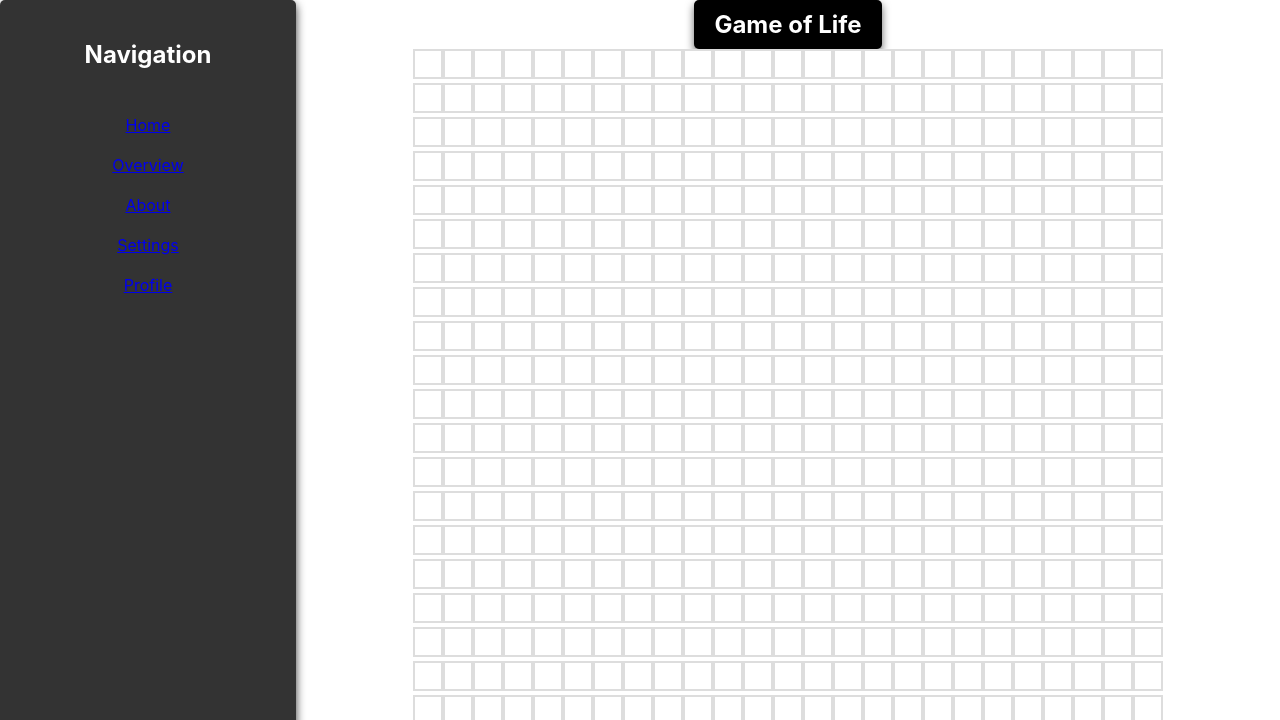
Repository: MarioDiekmann/GameOfLife
Page: /
These files come from the project's save history. The page is drawn as it stood at one moment and after the next save; the edit follows.
The browser window is 1280 px wide. The pictures show the whole page.
An inner scrolling area shows only its first screen. The project was rebuilt for these pictures with package versions that can differ from the ones it lists, and the page was loaded fresh each time. Also part of the build but not shown: src/components/InputForm.js, src/components/LoadPatternForm.js, src/components/RegistrationForm.js, src/components/LoginForm.js, src/pages/Overview.js.

Above is the page before, as saved 2024-11-06 23:04:12.

### src/App.js
import React from 'react';
import { BrowserRouter as Router, Route, Routes } from 'react-router-dom';
import Game from './components/Game';
import Overview from './pages/Overview';
import './App.css';
import {AuthProvider} from './AuthContext';


function App() {
  return (
    <AuthProvider>
    <Router>
      <div className="App">
        <Routes>
          <Route path="/" element={<Game/>} />
          <Route path="/Overview" element={<Overview/>} />
        </Routes>
      </div>
    </Router>
    </AuthProvider>
  );
}

export default App;

### src/components/Game.js
import React, { useState, useEffect, useCallback, useRef, useContext } from "react";
import Cell from "./Cell";
import axios from "axios";
import InputForm from "./InputForm";
import './Game.css';
import NavBar from "./NavBar";
import LoadPatternForm from "./LoadPatternForm";
import RegistrationForm from "./RegistrationForm";
import LoginForm from "./LoginForm";
import { AuthContext } from '../AuthContext';

const Game = () => {
    const startingsize = 25;
    const [size, setSize] = useState(startingsize);
    const [epochs, setEpochs] = useState(0);
    const [isEvolving, setIsEvolving] = useState(false);
    const [initialPattern, setInitialPattern] = useState([]);
    const [numResizes, setNumResizes] = useState(0);


    const [isFormVisible, setIsFormVisible] = useState(false); // State to control form visibility
    const [patternRequested, setPatternRequested] = useState(false);
    const [registrationRequested, setRegistrationRequested] = useState(false);
    const [loginRequested, setLoginRequested] = useState(false);
    const initGrid = () => Array.from({ length: size }, () => Array(size).fill(false));
    const [grid, setGrid] = useState(initGrid());
    const [tokenPresent, setTokenPresent] = useState(false);

    const previousGridRef = useRef(grid); // Reference to hold the previous grid

    const { isTokenExpired, handleLogout, token } = useContext(AuthContext);

    useEffect(() => {
        if (isTokenExpired || !token) {
            setTokenPresent(false);
            if (isTokenExpired) {
                alert("Your session has expired. Please log in again.");
                handleLogout();
            }
        } else {
            setTokenPresent(true);
        }
    }, [isTokenExpired, token, handleLogout]);

    const toggleCellState = (row, col) => {
        setGrid(prevGrid => {
            const newGrid = prevGrid.map((r, i) =>
                r.map((cell, j) => (i === row && j === col ? !cell : cell))
            );
            return newGrid;
        });
    };

    const resetGrid = () => {
        setIsEvolving(false);
        setEpochs(0);
        setSize(prevSize => {
            const newGrid = Array.from({ length: startingsize }, () => Array(startingsize).fill(false));
            setGrid(newGrid);
            setInitialPattern(newGrid);
            setNumResizes(0);
            return startingsize;
        });
    };

    const renderGrid = () => {
        return grid.map((row, rowIndex) => (
            <div key={rowIndex} className="row">
                {row.map((cell, colIndex) => (
                    <Cell
                        key={`${rowIndex}-${colIndex}`}
                        isAlive={cell}
                        onClick={() => toggleCellState(rowIndex, colIndex)}
                        numResizes = {numResizes}
                    />
                ))}
            </div>
        ));
    };

    const countNeighboursAlive = useCallback((row, col) => {
        let count = 0;
        for (let i = row - 1; i <= row + 1; i++) {
            for (let j = col - 1; j <= col + 1; j++) {
                if ((i >= 0 && i < size) && (j >= 0 && j < size) && !(i === row && j === col)) {
                    count += grid[i][j] ? 1 : 0;
                }
            }
        }
        return count;
    }, [grid, size]);

    const updateGrid = useCallback(() => {
        let newGrid = grid.map((row, rowIndex) =>
            row.map((cell, colIndex) => {
                const gridCount = countNeighboursAlive(rowIndex, colIndex);
                return cell ? gridCount === 2 || gridCount === 3 : gridCount === 3;
            })
        );
        setGrid(newGrid);
        return newGrid;
    }, [countNeighboursAlive, grid]);

    const saveInitialPattern = () => {
        const deepCopy = grid.map(row => row.slice());
        setInitialPattern(deepCopy); // Save current grid as the initial pattern
    };

    const checkEdges = useCallback(() => {
        const indicesAlive = [];
        // Check upper, right, lower, and left edges
        for (let col = 0; col < size - 2; col++) {
            if (grid[0][col] && grid[0][col + 1] && grid[0][col + 2]) {
                indicesAlive.push([0, col + 1]);
                indicesAlive.push([-1, col + 1]);
            }
        }
        for (let row = 0; row < size - 2; row++) {
            if (grid[row][size - 1] && grid[row + 1][size - 1] && grid[row + 2][size - 1]) {
                indicesAlive.push([row + 1, size - 1]);
                indicesAlive.push([row + 1, size]);
            }
        }
        for (let col = size - 1; col > 1; col--) {
            if (grid[size - 1][col] && grid[size - 1][col - 1] && grid[size - 1][col - 2]) {
                indicesAlive.push([size - 1, col - 1]);
                indicesAlive.push([size, col - 1]);
            }
        }
        for (let row = size - 1; row > 1; row--) {
            if (grid[row][0] && grid[row - 1][0] && grid[row - 2][0]) {
                indicesAlive.push([row - 1, 0]);
                indicesAlive.push([row - 1, -1]);
            }
        }
        return indicesAlive;
    }, [grid, size]);

    const expandGrid = useCallback((indicesAlive) => {
        setGrid(prevGrid => {
            const newSize = 2 * size; // Double the size
            setNumResizes(prev => prev + 1);
            const newGrid = Array.from({ length: newSize }, () => Array(newSize).fill(false));

            // Calculate the offset to center the old grid in the new one
            const rowOffset = Math.floor((newSize - size) / 2);
            const colOffset = Math.floor((newSize - size) / 2);

            // Copy the existing grid to the center of the new grid
            for (let row = 0; row < size; row++) {
                for (let col = 0; col < size; col++) {
                    if (prevGrid[row][col]) {
                        newGrid[row + rowOffset][col + colOffset] = true; // Copy with offsets
                    }
                }
            }

            // Handle indicesAlive and place the alive cells correctly
            for (const [row, col] of indicesAlive) {
                let newRow = row;
                let newCol = col;

                // Adjust row and col if they are outside the original grid
                if (row === -1) newRow = rowOffset - 1;
                if (col === -1) newCol = colOffset - 1;

                newRow += rowOffset;
                newCol += colOffset;

                // Make sure the calculated newRow and newCol are within bounds
                if (newRow >= 0 && newRow < newSize && newCol >= 0 && newCol < newSize) {
                    newGrid[newRow][newCol] = true;  // Mark the cell as alive in the new grid
                }
            }

            setSize(newSize);  // Update size to the new expanded size
            return newGrid;
        });
    }, [size]);

    const runEpoch = useCallback(() => {
        const prevGrid = previousGridRef.current;
        const newGrid = updateGrid();

        const gridsAreEqual = prevGrid.every((row, i) =>
            row.every((cell, j) => cell === newGrid[i][j])
        );

        if (gridsAreEqual) {
            setIsEvolving(false);
            alert("You reached a stillstand");
            return true;
        }

        const indicesAlive = checkEdges(); // Check if we need to expand the grid
        if (indicesAlive.length !== 0) {
            expandGrid(indicesAlive);
        }

        setEpochs(prevEpochs => prevEpochs + 1);
        previousGridRef.current = newGrid;
        return false;
    }, [checkEdges, expandGrid, updateGrid]);

    useEffect(() => {
        if (!isEvolving) return;

        const maxEpochs = 1000;
        let updatedEpochs = 0;

        const interval = setInterval(() => {
            if (updatedEpochs < maxEpochs) {
                const stillstand = runEpoch();
                if (stillstand) {
                    clearInterval(interval);
                }
                updatedEpochs++;
            } else {
                setIsEvolving(false);
                clearInterval(interval);
            }
        }, 2000);

        return () => clearInterval(interval);
    }, [isEvolving, runEpoch]);

    const startEvolution = () => {
        previousGridRef.current = grid;
        saveInitialPattern();
        setIsEvolving(!isEvolving);

    };

    const stopEvolution = () => {
        previousGridRef.current = grid;
        setIsEvolving(!isEvolving);
    };

    const retrievePattern = (pattern)=>{
        initGrid();
        setGrid(pattern);
        setInitialPattern(pattern);
        setEpochs(0);
        setIsEvolving(false);
        setPatternRequested(false);
    }

    const closeForm = () => {
        setIsFormVisible(false); // Close the save pattern form
        setPatternRequested(false); // Close the retrieve pattern form
        setRegistrationRequested(false); // Close the registration form
        setLoginRequested(false); // Close the login form
    };

    const closeLogin = () => {
        setLoginRequested(false); // Close the login form
        window.location.reload();
    };

    const makeFormVisible = () => {
        saveInitialPattern();                                       //now does it work wiout start evolution???
        setIsFormVisible(true); // Show the form to save pattern
    };

    const makeRequestVisible = () => {
        setPatternRequested(true); // Show the form to retrieve pattern
    };

    const makeRegistrationVisible = () => {
        setRegistrationRequested(true); // Show the form to register
    };

    const makeLoginVisible = () => {
        if(token){
            handleLogout();
        }
        else{
        setLoginRequested(true)}; // Show the form to log in

    };

    return (
        <div style={{ display: 'flex', height: '100vh', overflow: 'hidden' }}>
            <NavBar />
            <div style={{ flexGrow: 1, display: 'flex', flexDirection: 'column', alignItems: 'center', overflowY: 'auto' }}>
                <div className="banner">
                    <h1>Game of Life</h1>
                </div>
                <div style={{ display: 'flex', flexDirection: 'column', alignItems: 'center', flexGrow: 1 }}>
                    {renderGrid()}
                    <div className="button-container">
                        <button className="button" onClick={isEvolving ? stopEvolution : startEvolution}>
                            {isEvolving ? "Stop Evolution" : "Start Evolution"}
                        </button>
                        <button className="button reset-btn" onClick={resetGrid}>Reset Grid</button>
                        <button className="button" onClick={makeFormVisible} disabled={!tokenPresent}>Save Pattern</button>
                        <button className="button" onClick={makeRequestVisible} disabled={!tokenPresent}>Retrieve Pattern</button>
                        <button className="button" onClick={makeRegistrationVisible}>Register</button>
                        <button className="button" onClick={makeLoginVisible}>{token ? "Logout" : "Login"}</button>
                    </div>
                </div>

                {/* Conditional form popups */}
                {isFormVisible && (
                    <div className="popup-overlay">
                        <div className="popup-content">
                            <InputForm pattern={initialPattern} onSubmit={closeForm} />
                        </div>
                    </div>
                )}
                {patternRequested && (
                    <div className="popup-overlay">
                        <div className="popup-content">
                            <LoadPatternForm onSubmit={closeForm} dataHandling={retrievePattern} />
                        </div>
                    </div>
                )}
                {registrationRequested && (
                    <div className="popup-overlay">
                        <div className="popup-content">
                            <RegistrationForm onSubmit={closeForm} />
                        </div>
                    </div>
                )}
                {loginRequested && (
                    <div className="popup-overlay">
                        <div className="popup-content">
                            <LoginForm onSubmit={closeLogin} />
                        </div>
                    </div>
                )}
            </div>
        </div>
    );


};

export default Game;

### src/components/Cell.js
import React, { useEffect, useState } from 'react';
import './Cell.css';

const Cell = ({ isAlive, onClick, numResizes }) => {
  const [cellSize, setCellSize] = useState(0);

  useEffect(() => {
    // Update cell size based on screen width and height
    const updateCellSize = () => {
      const screenWidth = window.innerWidth;
      const screenHeight = window.innerHeight;

      // Calculate the number of cells that can fit horizontally and vertically
      const cellsPerRow = Math.floor(screenWidth / 30);
      const cellsPerColumn = Math.floor(screenHeight / 30);

      // Choose the smaller of the two values to ensure the grid fits within the screen
      const screenCellSize = Math.min(screenWidth / cellsPerRow, screenHeight / cellsPerColumn);

      // Apply resizing logic with numResizes
      const finalCellSize = screenCellSize / Math.pow(2, numResizes);

      setCellSize(finalCellSize);
    };

    // Call once on mount and whenever the window is resized
    updateCellSize();
    window.addEventListener('resize', updateCellSize);

    return () => {
      window.removeEventListener('resize', updateCellSize);
    };
  }, [numResizes]);

  return (
    <div
      className={`cell ${isAlive ? 'alive' : 'dead'}`}
      onClick={onClick}
      style={{
        width: `${cellSize}px`,
        height: `${cellSize}px`,
      }}
    ></div>
  );
};

export default Cell;

### src/components/Game.css
/* Set the html and body to occupy the full viewport height */
html, body {
    height: 100%;
    margin: 0;
    overflow: hidden; /* Prevent scrolling */
}

#root, .Game-container {
    height: 100%;
    display: flex;
    flex-direction: column;
}

/* Center and control the size of the grid and buttons container */
.grid-container {
    flex-grow: 1;
    overflow: auto;
    display: flex;
    flex-direction: column;
    align-items: center;
    justify-content: center;
    max-height: 70vh; /* Limit grid height */
}

.button-container {
    display: flex;
    justify-content: center;
    margin-top: 10px;
}

.banner {
    background-color: black;
    padding: 10px 20px;
    text-align: center;
    box-shadow: 0 4px 8px rgba(0, 0, 0, 0.6);
    border-radius: 5px;
}

.banner h1 {
    color: white;
    font-size: 2.5em;
    text-shadow: 2px 2px 5px rgba(0, 0, 0, 0.8);
    margin: 0;
}

.button {
    background-color: black;
    color: white;
    padding: 10px 20px;
    border: none;
    border-radius: 5px;
    cursor: pointer;
    margin: 5px;
    text-shadow: 2px 2px 5px rgba(0, 0, 0, 0.8);
}

.button:hover {
    background-color: #333;
}

.button:disabled {
    background-color: #ccc;
    color: #666;
    cursor: not-allowed;
}

/* Overlay for modals */
.popup-overlay {
    position: fixed;
    top: 0;
    left: 0;
    width: 100vw;
    height: 100vh;
    background: rgba(0, 0, 0, 0.5);
    display: flex;
    justify-content: center;
    align-items: center;
    z-index: 1000;
}

.popup-content {
    background: white;
    padding: 20px;
    border-radius: 8px;
    box-shadow: 0 4px 8px rgba(0, 0, 0, 0.1);
    width: 300px;
}

### src/components/NavBar.js
import React from 'react';
import { Link } from 'react-router-dom';
import './NavBar.css';

const NavBar = () => {
    const navItems = [
        { name: "Home", path: "/" },
        { name: "Overview", path: "/Overview" },
        { name: "About", path: "/about" },
        { name: "Settings", path: "/settings" },
        { name: "Profile", path: "/profile" },
    ];

    return (
        <div className="navbar">
            <h2>Navigation</h2>
            <ul>
                {navItems.map((item, index) => (
                    <li key={index}>
                        <Link to={item.path}>{item.name}</Link>
                    </li>
                ))}
            </ul>
        </div>
    );
};

export default NavBar;

### src/pages/Overview.css
/* Overview.css */
.overview-container {
    display: flex;
    height: 100vh;
}

.navbar {
    width: 20%;
    background-color: #333;
    color: #fff;
    display: flex;
    flex-direction: column;
    align-items: center;
    padding-top: 20px;
    min-height: 100%;
}

.content {
    flex: 1;
    display: flex;
    flex-direction: column;
    align-items: center;
    padding: 20px;
}

.banner h1 {
    color: white;
    font-size: 1.5em;
    text-shadow: 1px 1px 2px rgba(0, 0, 0, 0.5);
    margin: 0;
}

.text-content {
    margin-top: 20px;
    color: #333;
    text-align: center;
    font-size: 1.2em;
}

### src/components/Cell.css
.cell {
  display: inline-flex; /* Align cells next to each other */
  border: 2px solid #ddd;
  box-sizing: border-box; /* Ensure padding and border are included in width/height */
  transition: background-color 0.3s;
}

.cell.alive {
  background-color: black; /* Green for living cells */
}

.cell.dead {
  background-color: white; /* Red for dead cells */
}

### src/components/NavBar.css
.navbar {
    background-color: black;            /* Black background */
    color: white;                       /* White text color */
    padding: 20px;                      /* Padding around the content */
    width: 200px;                       /* Set width for the navbar */
    box-shadow: 0 4px 10px rgba(0, 0, 0, 0.8); /* Add shadow */
    border-radius: 5px;                /* Rounded corners */
    height: 100%;                       /* Full height */
}

.navbar h2 {
    text-align: center;                 /* Center header text */
    margin-bottom: 20px;                /* Space below the header */
}

/* Other styles remain unchanged */


.navbar ul {
    list-style-type: none;              /* Remove default list styles */
    padding: 0;                         /* Remove padding */
}

.navbar li {
    padding: 10px;                      /* Padding for each item */
    cursor: pointer;                    /* Pointer cursor on hover */
    text-align: center;                 /* Center text */
    transition: background-color 0.3s;  /* Smooth background change */
}

.navbar li:hover {
    background-color: #444;             /* Change background on hover */
}

Loaded but not shown: public/index.html (common file); src/index.js (common file); src/index.css (common file); src/reportWebVitals.js (common file); src/App.css (common file); src/AuthContext.js (83 lines, source omitted)

After the next save:
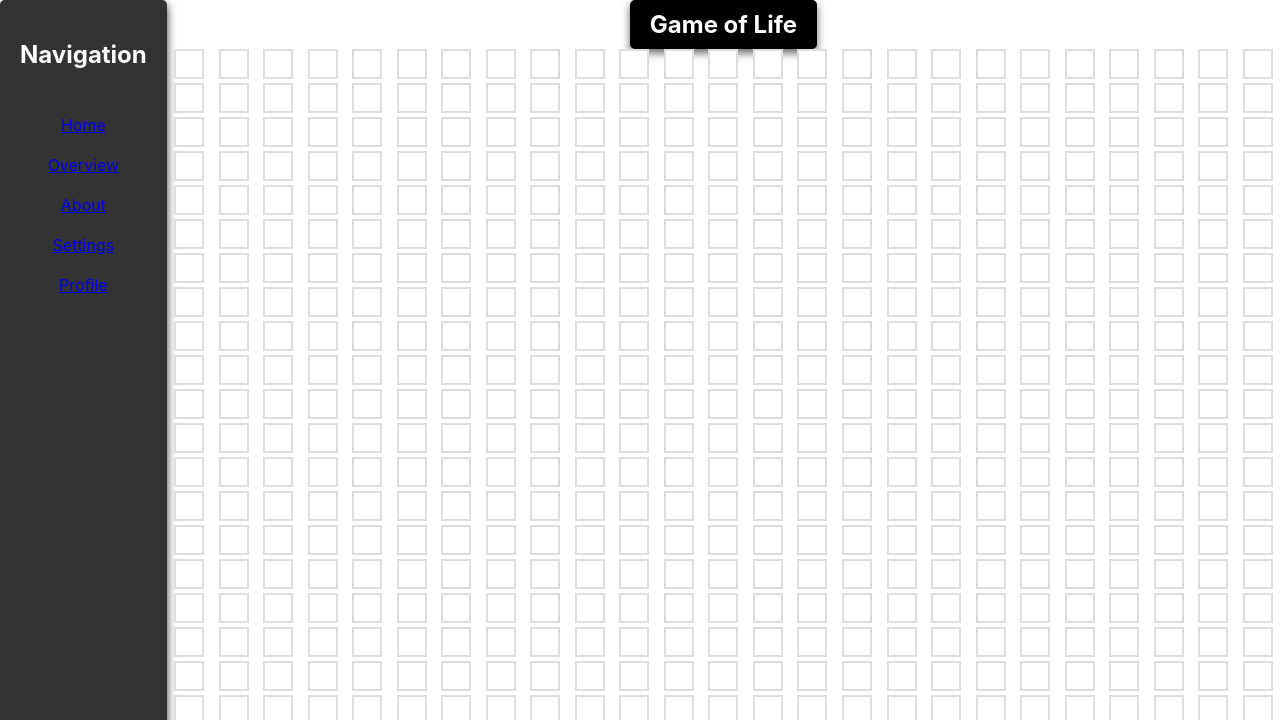
Saved 2 min 52 s later.
--- a/src/components/Game.js
+++ b/src/components/Game.js
@@ -282,12 +282,14 @@
     return (
         <div style={{ display: 'flex', height: '100vh', overflow: 'hidden' }}>
             <NavBar />
-            <div style={{ flexGrow: 1, display: 'flex', flexDirection: 'column', alignItems: 'center', overflowY: 'auto' }}>
+            <div style={{ flexGrow: 1, display: 'flex', flexDirection: 'column', alignItems: 'center', overflow: 'hidden' }}>
                 <div className="banner">
                     <h1>Game of Life</h1>
                 </div>
-                <div style={{ display: 'flex', flexDirection: 'column', alignItems: 'center', flexGrow: 1 }}>
-                    {renderGrid()}
+                <div style={{ flexGrow: 1, display: 'flex', flexDirection: 'column', alignItems: 'center', overflow: 'hidden' }}>
+                    <div style={{ flexGrow: 1, display: 'flex', justifyContent: 'center', alignItems: 'center' }}>
+                        {renderGrid()}
+                    </div>
                     <div className="button-container">
                         <button className="button" onClick={isEvolving ? stopEvolution : startEvolution}>
                             {isEvolving ? "Stop Evolution" : "Start Evolution"}
@@ -334,6 +336,7 @@
     );
 
 
+
 };
 
 export default Game;

After the 2 saves that followed:
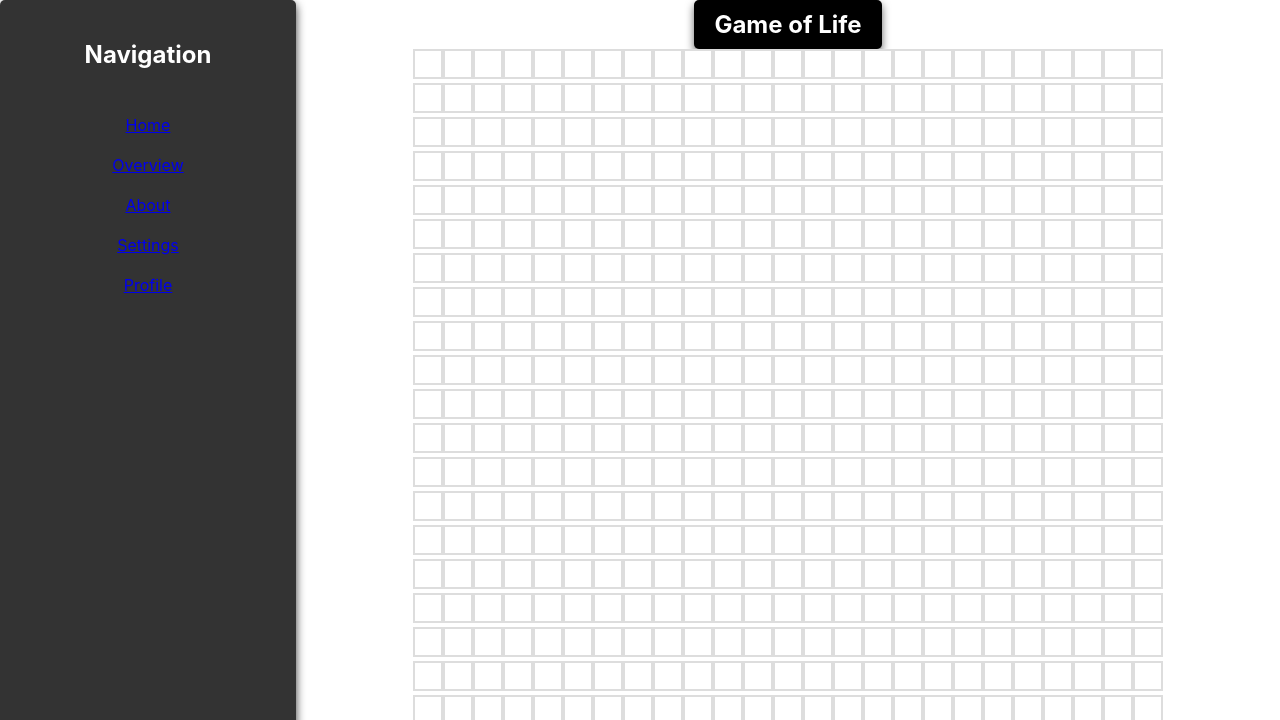
The 2 saves are shown as one change because 1 left the picture as it was.
The last was saved 30 s later.
--- a/src/components/Game.js
+++ b/src/components/Game.js
@@ -282,14 +282,12 @@
     return (
         <div style={{ display: 'flex', height: '100vh', overflow: 'hidden' }}>
             <NavBar />
-            <div style={{ flexGrow: 1, display: 'flex', flexDirection: 'column', alignItems: 'center', overflow: 'hidden' }}>
+            <div style={{ flexGrow: 1, display: 'flex', flexDirection: 'column', alignItems: 'center', overflowY: 'auto' }}>
                 <div className="banner">
                     <h1>Game of Life</h1>
                 </div>
-                <div style={{ flexGrow: 1, display: 'flex', flexDirection: 'column', alignItems: 'center', overflow: 'hidden' }}>
-                    <div style={{ flexGrow: 1, display: 'flex', justifyContent: 'center', alignItems: 'center' }}>
-                        {renderGrid()}
-                    </div>
+                <div style={{ display: 'flex', flexDirection: 'column', alignItems: 'center', flexGrow: 1 }}>
+                    {renderGrid()}
                     <div className="button-container">
                         <button className="button" onClick={isEvolving ? stopEvolution : startEvolution}>
                             {isEvolving ? "Stop Evolution" : "Start Evolution"}
@@ -336,7 +334,6 @@
     );
 
 
-
 };
 
 export default Game;
